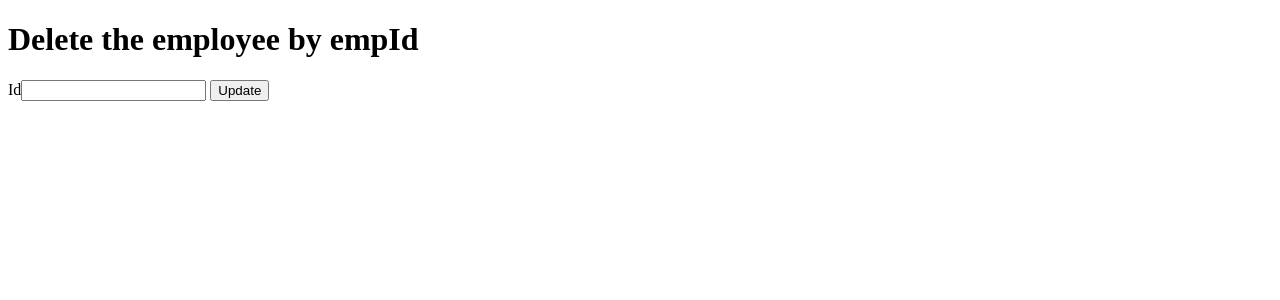
Repository: ramakrishnan1997/ram_javatraining
Page: crudemployeetest/CrudOperationEmp/src/main/webapp/delete.html
The author's editor kept a copy of each file at every save. The page is drawn from the files as they stood at one save, then again after the next save.
The browser window is 1280 px wide. The pictures show the whole page.

Above is the page before, as saved 2022-06-13 08:18:10.

### crudemployeetest/CrudOperationEmp/src/main/webapp/delete.html
<!DOCTYPE html>
<html>
<head>
<meta charset="UTF-8">
<title>Insert title here</title>
</head>
<body>
<h1>Delete the employee by empId</h1>
<form action ="DeleteServlet">
Id<input type="text" name="Id">
<input type="submit" value="Update" >
</form>
</body>
</html>

After the next save:
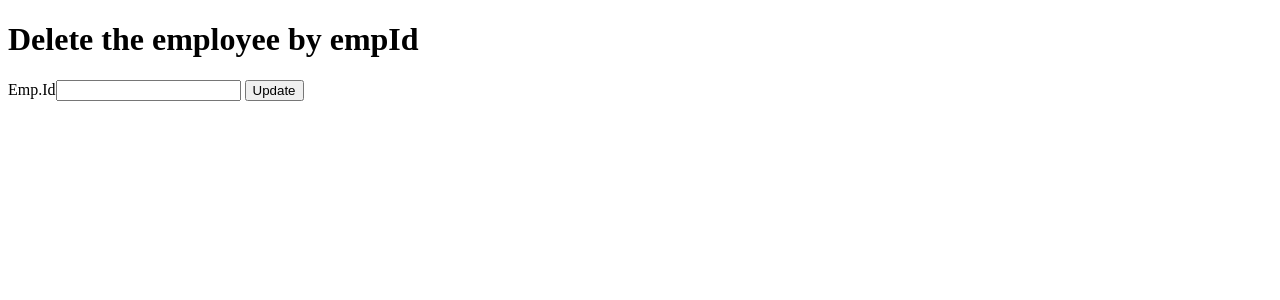
Saved 90 s later.
--- a/crudemployeetest/CrudOperationEmp/src/main/webapp/delete.html
+++ b/crudemployeetest/CrudOperationEmp/src/main/webapp/delete.html
@@ -7,7 +7,7 @@
 <body>
 <h1>Delete the employee by empId</h1>
 <form action ="DeleteServlet">
-Id<input type="text" name="Id">
+Emp.Id<input type="text" name="empId">
 <input type="submit" value="Update" >
 </form>
 </body>
